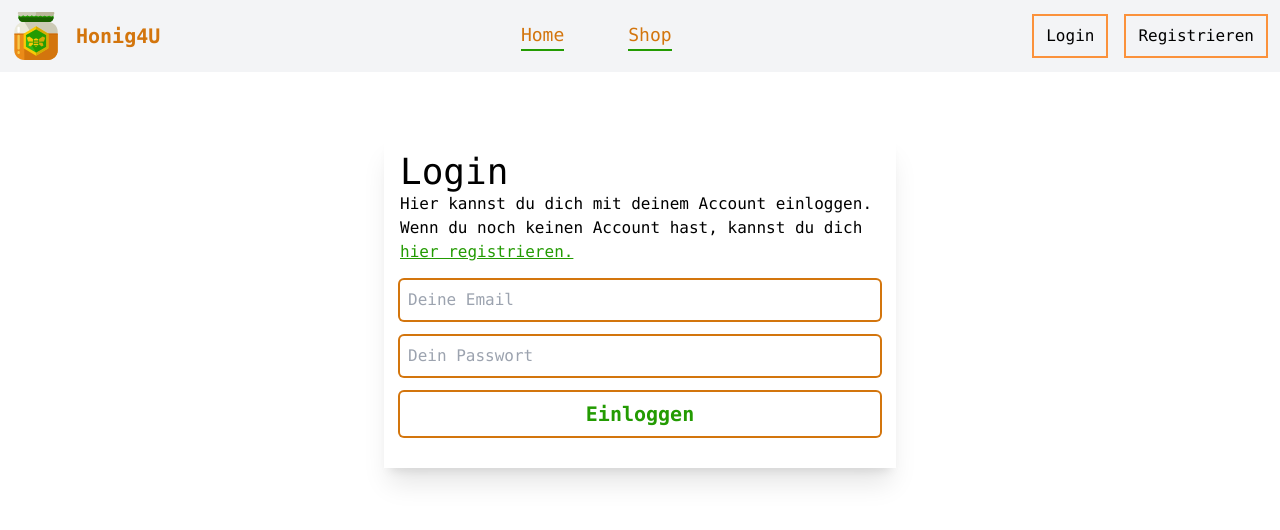
Repository: cainytheslave/PHPHonigShop
Page: http://localhost/login.php
An editor plug-in stored every save of this project. The page is shown before and after the next save, followed by the edit.
The browser window is 1280 px wide. The pictures show the whole page.
The page is run by PHP 8.4 with error messages shown; the project is at /var/www/html/. Style sheets and scripts are compiled from the project's sources, by tool versions that may differ from the author's.

Above is the page before, as saved 2022-03-11 01:49:24.

### login.php
<?php

session_start();

$einstellungen = require('core/einstellungen.php');

// Ziel nach Login speichern
if (isset($_GET['to'])) {
    $_SESSION['afterLoginDestination'] = $_GET['to'];
}

// Warenkorb initalisieren falls noch nicht getan
if (!isset($_SESSION['warenkorb'])) {
    $_SESSION['warenkorb'] = [];
}

if (isset($_POST['login'])) {
    if (isset($_POST['email']) && isset($_POST['password'])) {
        require('core/conn.php');
        $conn = getDatenbank();

        try {
            $stmt = $conn->prepare("SELECT * FROM Kunden WHERE email = '" . $_POST['email'] . "'");
            $stmt->execute();

            $result = $stmt->setFetchMode(PDO::FETCH_ASSOC);

            $users = $stmt->fetchAll();

            if (count($users) > 0) {
                foreach ($users as $user) {
                    if (password_verify($_POST['password'], $user['password'])) {

                        $_SESSION['user'] = [
                            'id' => $user['id'],
                            'vorname' => $user['vorname'],
                            'nachname' => $user['nachname'],
                            'email' => $user['email']
                        ];

                        header('Location: shop.php');
                    } else {
                        $errors = ['Die Email Adresse wurde gefunden, das Passwort ist leider falsch.'];
                    }
                }
            } else {
                $errors = ['Kein Benutzer mit dieser Email Adresse gefunden.'];
            }
        } catch (PDOException $e) {
            $errors = [$e->getMessage()];
        }
    } else {
        $errors = ['Bitte fülle alle Felder aus.'];
    }
}

?>

<!DOCTYPE html>
<html lang="en">

<head>
    <meta charset="UTF-8">
    <meta http-equiv="X-UA-Compatible" content="IE=edge">
    <meta name="viewport" content="width=device-width, initial-scale=1.0">
    <title><?= $einstellungen['firma'] ?> Login</title>

    <?php include('includes/head.inc.php') ?>
</head>

<body class="font-mono">

    <?php include('includes/header.inc.php') ?>

    <main class="flex flex-col gap-16 py-16 mx-auto max-w-7xl">
        <?php if (isset($errors) && count($errors) > 0) : ?>
            <section class="bg-red-300 border-2 border-red-500 max-w-lg mx-auto shadow-xl p-4">
                <?php foreach ($errors as $error) : ?>
                    <p class="text-lg font-semibold">Error: <?= $error ?></p>
                <?php endforeach; ?>
            </section>
        <?php endif; ?>
        <section class="bg-white max-w-lg mx-auto shadow-xl p-4">
            <h1 class="text-4xl">Login</h1>
            <p>Hier kannst du dich mit deinem Account einloggen. Wenn du noch keinen Account hast, kannst du dich <a class="underline text-honeygreen" href="registrierung.php">hier registrieren.</a></p>
            <form class="flex flex-col gap-4 py-4" method="POST" action="">
                <input class="px-2 py-2 rounded ring-2 ring-honey" type="email" required name="email" placeholder="Deine Email">
                <input class="px-2 py-2 rounded ring-2 ring-honey" type="password" required name="password" placeholder="Dein Passwort">
                <input type="submit" class="px-2 py-2 rounded ring-2 font-semibold text-xl text-honeygreen ring-honey" name="login" value="Einloggen">
            </form>
        </section>
    </main>
</body>

</html>

### core/einstellungen.php
<?php

return [
    'firma' => 'Honig4U'
];

### includes/head.inc.php
<!-- Styling -->
<link rel="stylesheet" href="style.css">

<!-- AlpineJS (Javascript Framework für Mobiles Menu https://alpinejs.dev) -->
<script defer src="https://unpkg.com/alpinejs@3.x.x/dist/cdn.min.js"></script>

### includes/header.inc.php
<?php

require('core/Komponente.php');
$einstellungen = require('core/einstellungen.php');

?>

<!-- Header -->
<header class="w-full bg-gray-100" x-data="{open: false}">
    <!-- Desktop -->
    <div class="flex items-center justify-between px-3 py-3 mx-auto max-w-7xl">

        <!-- Logo -->
        <div class="flex items-center gap-4">
            <img src="images/logo.svg" class="w-12 h-12" alt="Logo">
            <p class="text-xl font-semibold text-honey"><?= $einstellungen['firma'] ?></p>
        </div>

        <!-- Mobile Menu -->
        <img @click="open = !open" src="images/menu.svg" class="block w-10 h-10 sm:hidden" alt="">

        <!-- Navigation-->
        <ul class="items-center hidden gap-16 sm:flex">
            <li class="text-lg border-b-2 border-honeygreen">
                <a href="index.php" class="text-honey">Home</a>
            </li>
            <li class="text-lg border-b-2 border-honeygreen">
                <a href="shop.php" class="text-honey">Shop</a>
            </li>
        </ul>

        <!-- Warenkorb / Login -->
        <div class="items-center hidden gap-4 sm:flex">
            <?php if (isset($_SESSION['user'])) : ?>

                <?= Komponente::link('<img src="images/basket.svg" class="w-10 h-10" alt="">', 'warenkorb.php') ?>

                <?= Komponente::link('<img src="images/logout.svg" class="w-10 h-10" alt="">', 'logout.php?to=login.php') ?>
            <?php else : ?>
                <?= Komponente::link('Login', 'login.php') ?>
                <?= Komponente::link('Registrieren', 'registrierung.php') ?>
            <?php endif; ?>
        </div>
    </div>

    <!-- -->
    <div class="flex flex-col gap-2 px-2 border-t-2 sm:hidden" x-show="open" style="display:none">
        <ul class="flex flex-col gap-2">
            <a href="index.php" class="text-honey">
                <li class="py-3 text-lg text-center border-2 rounded-md border-b-none border-honeygreen">
                    Home
                </li>
            </a>
            <a href="shop.php" class="text-honey">
                <li class="py-3 text-lg text-center border-2 rounded-md border-honeygreen">
                    Shop
                </li>
            </a>
        </ul>
        <div class="items-center gap-4">
            <?php if (isset($_SESSION['user'])) : ?>
                <a href="warenkorb.php" class="relative flex items-center gap-3" x-data="{open: false}" @click="open = !open">
                    <p>Warenkorb</p>
                    <img src="images/basket.svg" class="w-10 h-10" alt="">
                </a>
            <?php else : ?>
                <div class="flex gap-3">
                    <a href="login.php" class="flex items-center gap-2 px-2 py-1 font-semibold rounded-md text-honey grow ring-2 ring-honeygreen">
                        Login
                    </a>
                    <a href="registrierung.php" class="flex items-center gap-2 px-2 py-1 font-semibold text-white rounded-md grow ring-2 ring-honey bg-honeygreen">
                        Registrieren
                    </a>
                </div>

            <?php endif; ?>
        </div>
    </div>
</header>

### core/Komponente.php
<?php

class Komponente
{

    static function link($text = "", $href = "", $border = "orange")
    {
        $classes = "text-center px-3 py-2 border-2 hover:bg-gray-200 active:scale-95 hover:scale-105 border-$border-400";
        return "<a href='$href' class='$classes'>$text</a>";
    }

    static function button($text = "", $name = "", $border = "orange")
    {
        $classes = "text-center px-3 py-2 border-2 hover:bg-gray-200 active:scale-95 hover:scale-105 border-$border-400";
        return "<input type='submit' name='$name' class='$classes' value='$text' />";
    }

    static function input($type = "text", $placeholder = '', $name = '', $required = 'true')
    {
        $classes = "grow text-left px-3 py-2 border-2 active:scale-95 border-orange-400";
        return "<input type='$type' name='$name' required='$required' class='$classes' placeholder='$placeholder' />";
    }

    static function alert($error = true, $data)
    {
        if (count($data) <= 0) return '';

        $str = '<section class="w-full p-4 mx-auto mt-4 bg-green-300 border-2 border-green-500 shadow-xl">';
        if ($error) $str = '<section class="w-full p-4 mx-auto mt-4 bg-red-300 border-2 border-red-500 shadow-xl">';

        foreach ($data as $entry) {
            $str .= '<p class="text-lg font-semibold">' . $entry . '</p>';
        }

        $str .= '</section>';

        return $str;
    }
}

### tailwind.config.js
module.exports = {
    content: [
        "./*.{html,js,php}",
        "./core/*.php",
        "./includes/*.php"
    ],
    theme: {
        extend: {
            colors: {
                honey: '#d3750d',
                honeylight: '#d3ab05',
                honeygreen: '#239b02'
            }
        },
    },
    safelist: [{
            pattern: /border-(orange|green|red)-400/,
        },
        {
            pattern: /border-(green|red)-500/
        },
        {
            pattern: /bg-(green|red)-300/
        }
    ],
    plugins: [],
}

### images/logo.svg
<?xml version="1.0" encoding="iso-8859-1"?>
<!-- Generator: Adobe Illustrator 19.0.0, SVG Export Plug-In . SVG Version: 6.00 Build 0)  -->
<svg version="1.1" id="Layer_1" xmlns="http://www.w3.org/2000/svg" xmlns:xlink="http://www.w3.org/1999/xlink" x="0px" y="0px"
	 viewBox="0 0 496.8 496.8" style="enable-background:new 0 0 496.8 496.8;" xml:space="preserve">
<path style="fill:#EAE9DA;" d="M472.4,403.2c0,56-46.4,92.8-102.4,92.8H128.4c-56,0-104-44.8-104-92.8V204.8
	C24.4,149.6,70,104,125.2,104h245.6c56,0,100.8,45.6,100.8,100.8v198.4H472.4z"/>
<path style="fill:#CCCAB6;" d="M128.4,104H370c56,0,102.4,41.6,102.4,97.6v197.6c0,56-46.4,97.6-102.4,97.6"/>
<path style="fill:#EA8B18;" d="M24.4,224v174.4c0,56,46.4,97.6,102.4,97.6H370c56,0,102.4-41.6,102.4-97.6V224H24.4z"/>
<path style="fill:#D3750D;" d="M128.4,496H370c56,0,102.4-41.6,102.4-97.6v-172L126,224.8"/>
<path style="fill:#F7CA4D;" d="M80.4,376.8c0,6.4-5.6,12-12,12l0,0c-6.4,0-12-5.6-12-12V247.2c0-6.4,5.6-12,12-12l0,0
	c6.4,0,12,5.6,12,12V376.8z"/>
<path style="fill:#FFFFFF;" d="M80.4,201.6c0,6.4-5.6,12-12,12l0,0c-6.4,0-12-5.6-12-12v-38.4c0-5.6,5.6-11.2,12-11.2l0,0
	c6.4,0,12,5.6,12,12V201.6z"/>
<path style="fill:#F7CA4D;" d="M80.4,423.2c0,6.4-5.6,12-12,12l0,0c-6.4,0-12-5.6-12-12v-8c0-6.4,5.6-12,12-12l0,0
	c6.4,0,12,5.6,12,12V423.2z"/>
<path style="fill:#239B02;" d="M430.8,52c0,26.4-21.6,52-48,52H114c-26.4,0-48-25.6-48-52l0,0c0-26.4,21.6-52,48-52h268
	C409.2,0,430.8,25.6,430.8,52L430.8,52z"/>
<path style="fill:#1A6000;" d="M430.8,53.6L430.8,53.6c0,26.4-21.6,50.4-48,50.4H114c-26.4,0-48-22.4-48-48.8l0,0"/>
<path style="fill:#CCCAB6;" d="M437.2,12c0-8-6.4-12-13.6-12H73.2c-8,0-13.6,4-13.6,12c0,4.8,2.4,8,5.6,10.4
	c2.4,13.6,14.4,23.2,28,23.2c8.8,0,16.8-4.8,22.4-11.2c5.6,6.4,12.8,10.4,22.4,10.4c8.8,0,16.8-4,22.4-10.4
	c5.6,6.4,12.8,10.4,22.4,10.4c8.8,0,16.8-4,22.4-10.4c5.6,6.4,12.8,10.4,22.4,10.4s16.8-4,22.4-10.4c5.6,6.4,12.8,10.4,22.4,10.4
	c9.6,0,16.8-4,22.4-10.4c5.6,6.4,12.8,10.4,22.4,10.4c8.8,0,16.8-4,22.4-10.4c5.6,6.4,12.8,10.4,22.4,10.4c8.8,0,16.8-4,22.4-10.4
	c5.6,6.4,12.8,10.4,22.4,10.4c14.4,0,25.6-9.6,28-23.2C434.8,20,437.2,16.8,437.2,12z"/>
<path style="fill:#BAB699;" d="M423.6,0H248.4v35.2c0,0,0-0.8,0.8-0.8c5.6,6.4,12.8,10.4,21.6,10.4c8.8,0,16.8-4,22.4-10.4
	c5.6,6.4,12.8,10.4,22.4,10.4c8.8,0,16.8-4,22.4-10.4c5.6,6.4,12.8,10.4,22.4,10.4c8.8,0,16.8-4,22.4-10.4
	c5.6,6.4,12.8,10.4,22.4,10.4c14.4,0,25.6-10.4,28-24c3.2-2.4,5.6-4.8,5.6-9.6C437.2,4,430.8,0,423.6,0z"/>
<rect x="24.4" y="224" style="fill:#C65E00;" width="448" height="8"/>
<polygon style="fill:#F9CA06;" points="376.4,376 248.4,452 120.4,376 120.4,224 248.4,147.2 376.4,224 "/>
<polyline style="fill:#D3AB05;" points="248.4,147.2 376.4,224 376.4,376 248.4,452 "/>
<polygon style="fill:#34B515;" points="352.4,359.2 248.4,418.4 144.4,359.2 144.4,240.8 248.4,180.8 352.4,240.8 "/>
<polyline style="fill:#239B02;" points="144.4,240.8 249.2,180.8 352.4,240.8 352.4,359.2 248.4,418.4 "/>
<g>
	<polygon style="fill:#F9CA06;" points="224.4,328 224.4,339.2 226,344 270.8,344 272.4,339.2 272.4,328 	"/>
	<polygon style="fill:#F9CA06;" points="272.4,296 272.4,283.2 248.4,272 224.4,283.2 224.4,296 	"/>
</g>
<g>
	<rect x="224.4" y="304" style="fill:#D3AB05;" width="48" height="16"/>
	<polygon style="fill:#D3AB05;" points="236.4,352 248.4,363.2 260.4,352 	"/>
</g>
<g>
	<polygon style="fill:#F9CA06;" points="216.4,280 216.4,308.8 166.8,305.6 153.2,265.6 179.6,253.6 	"/>
	<polygon style="fill:#F9CA06;" points="216.4,336.8 216.4,316 180.4,318.4 170.8,347.2 190,356 	"/>
</g>
<g>
	<polygon style="fill:#D3AB05;" points="280.4,280 280.4,308.8 330,305.6 343.6,265.6 317.2,253.6 	"/>
	<polygon style="fill:#D3AB05;" points="280.4,336.8 280.4,316 316.4,318.4 326,347.2 306.8,356 	"/>
</g>
<g>
</g>
<g>
</g>
<g>
</g>
<g>
</g>
<g>
</g>
<g>
</g>
<g>
</g>
<g>
</g>
<g>
</g>
<g>
</g>
<g>
</g>
<g>
</g>
<g>
</g>
<g>
</g>
<g>
</g>
</svg>

### images/menu.svg
<svg width="512px" height="512px" viewBox="0 0 512 512" xmlns="http://www.w3.org/2000/svg"><path fill="#000" d="M32 96v64h448V96H32zm0 128v64h448v-64H32zm0 128v64h448v-64H32z"/></svg>

Loaded but not shown: tailwind.css (common file)

After the next save:
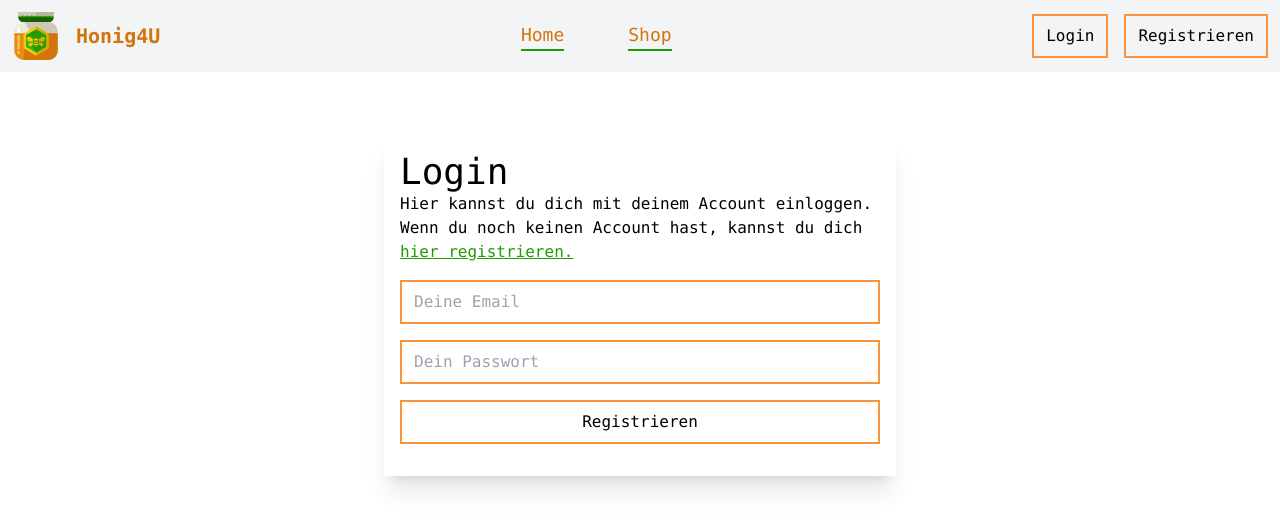
Saved 51 s later.
--- a/login.php
+++ b/login.php
@@ -74,19 +74,19 @@ if (isset($_POST['login'])) {
 
     <main class="flex flex-col gap-16 py-16 mx-auto max-w-7xl">
         <?php if (isset($errors) && count($errors) > 0) : ?>
-            <section class="bg-red-300 border-2 border-red-500 max-w-lg mx-auto shadow-xl p-4">
+            <section class="max-w-lg p-4 mx-auto bg-red-300 border-2 border-red-500 shadow-xl">
                 <?php foreach ($errors as $error) : ?>
                     <p class="text-lg font-semibold">Error: <?= $error ?></p>
                 <?php endforeach; ?>
             </section>
         <?php endif; ?>
-        <section class="bg-white max-w-lg mx-auto shadow-xl p-4">
+        <section class="max-w-lg p-4 mx-auto bg-white shadow-xl">
             <h1 class="text-4xl">Login</h1>
             <p>Hier kannst du dich mit deinem Account einloggen. Wenn du noch keinen Account hast, kannst du dich <a class="underline text-honeygreen" href="registrierung.php">hier registrieren.</a></p>
             <form class="flex flex-col gap-4 py-4" method="POST" action="">
-                <input class="px-2 py-2 rounded ring-2 ring-honey" type="email" required name="email" placeholder="Deine Email">
-                <input class="px-2 py-2 rounded ring-2 ring-honey" type="password" required name="password" placeholder="Dein Passwort">
-                <input type="submit" class="px-2 py-2 rounded ring-2 font-semibold text-xl text-honeygreen ring-honey" name="login" value="Einloggen">
+                <?= Komponente::input('email', 'Deine Email', 'email') ?>
+                <?= Komponente::input('password', 'Dein Passwort', 'password') ?>
+                <?= Komponente::button('Registrieren', 'register') ?>
             </form>
         </section>
     </main>
